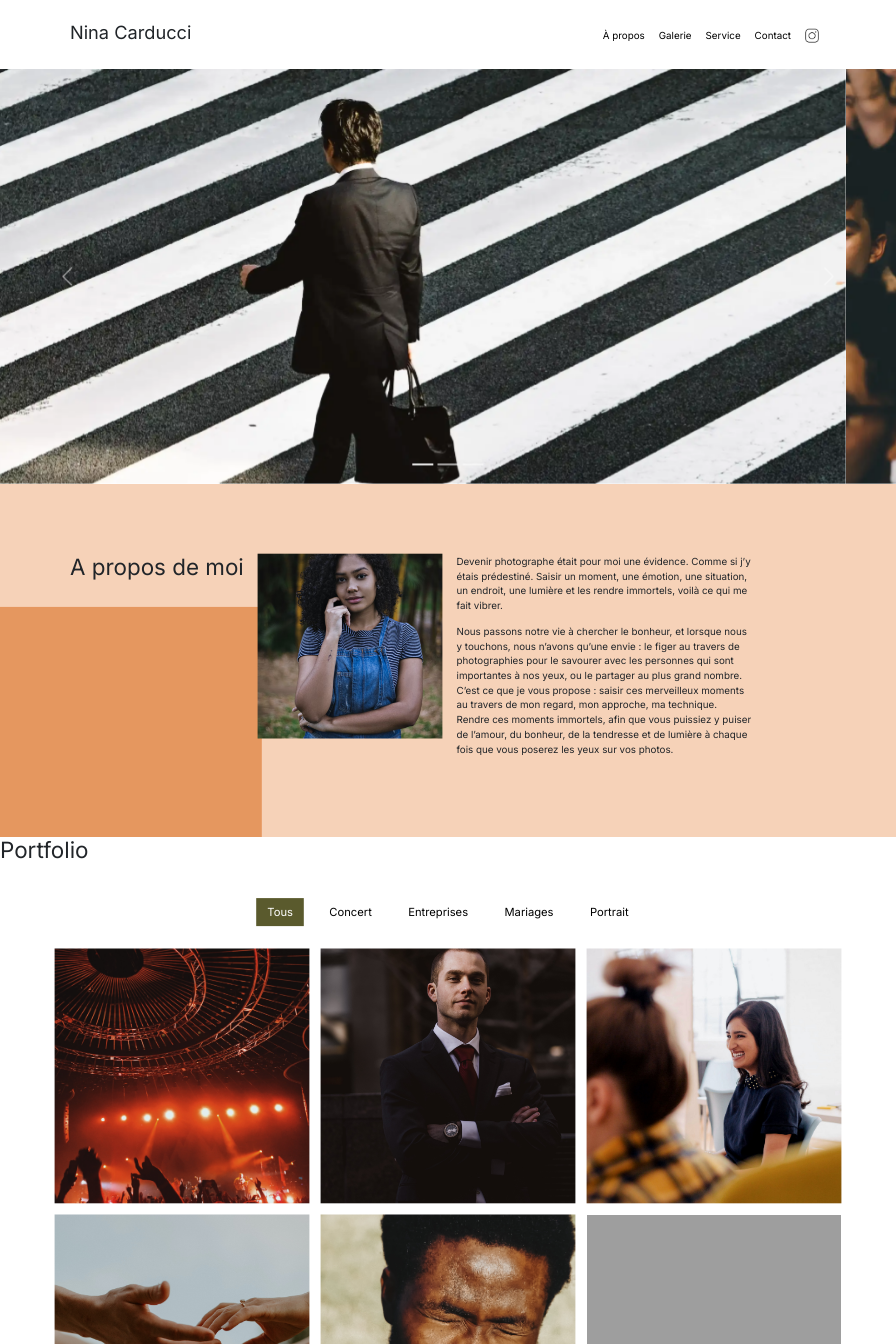
Repository: Dimple3377/project-9
Page: index.html
These files come from the project's save history. The page is drawn as it stood at one moment and after the next save; the edit follows.
The browser window is 1280 px wide. The pictures show the part of the page from y = 0 to 1920 px (the page is 5087 px tall), at 70% of full size.
Pictures or frames that could not be fetched are drawn as grey boxes. Some web fonts or font styles are not loaded; a fallback is used.

Above is the page before, as saved 2024-04-16 16:08:10.

After the next save:
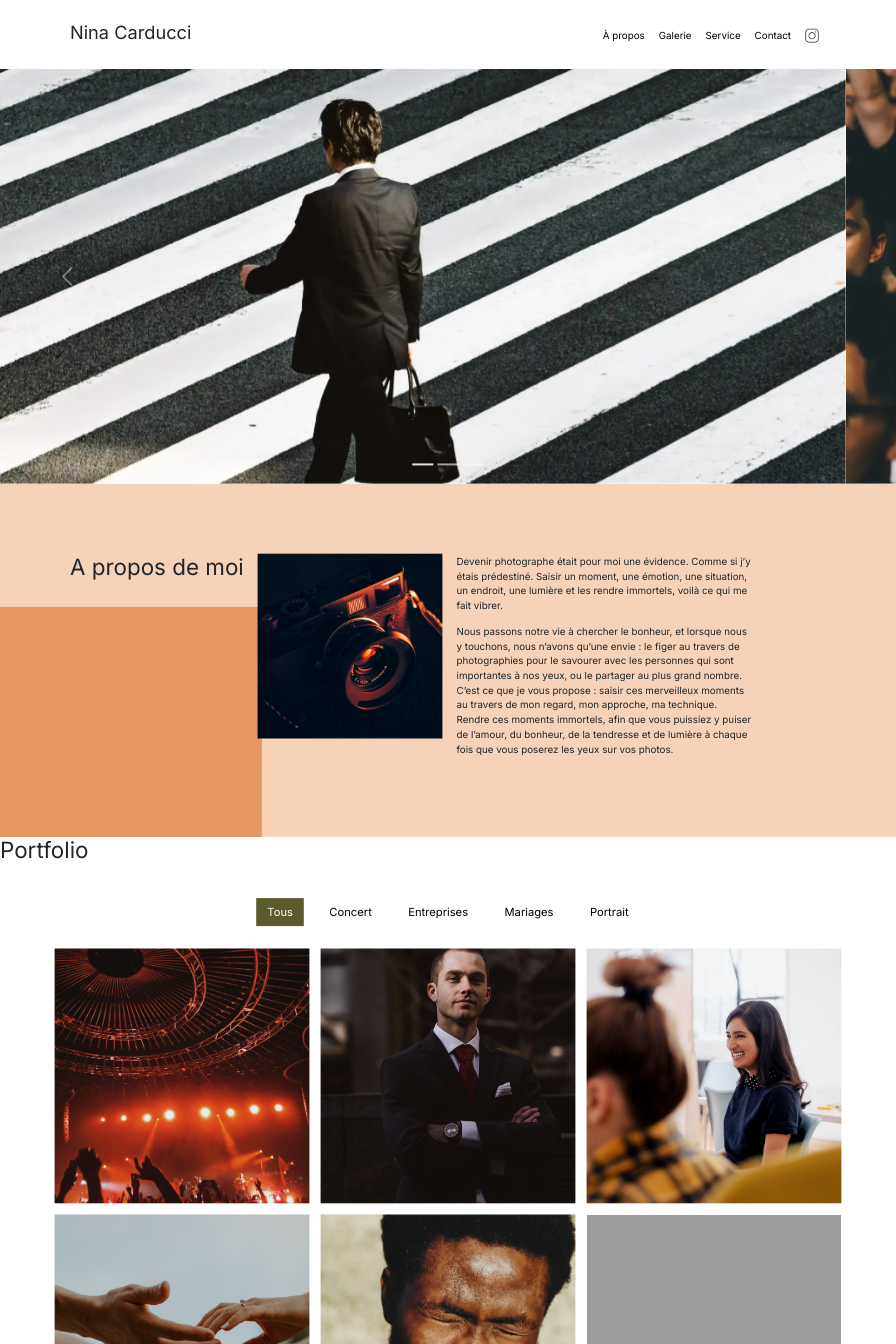
Saved 17 s later.
--- a/index.html
+++ b/index.html
@@ -125,7 +125,7 @@
     <section id="about">
       <h2>A propos de moi</h2> <!-- Changé en h2 pour les grandes sections -->
       <div class="picture left">
-        <img src="./assets/images/nina.png" alt="Nina Carducci souriante" />
+        <img src="./assets/images/camera.webp" alt="Nina Carducci souriante" />
       </div>
       <div id="about-me">
       <p>
